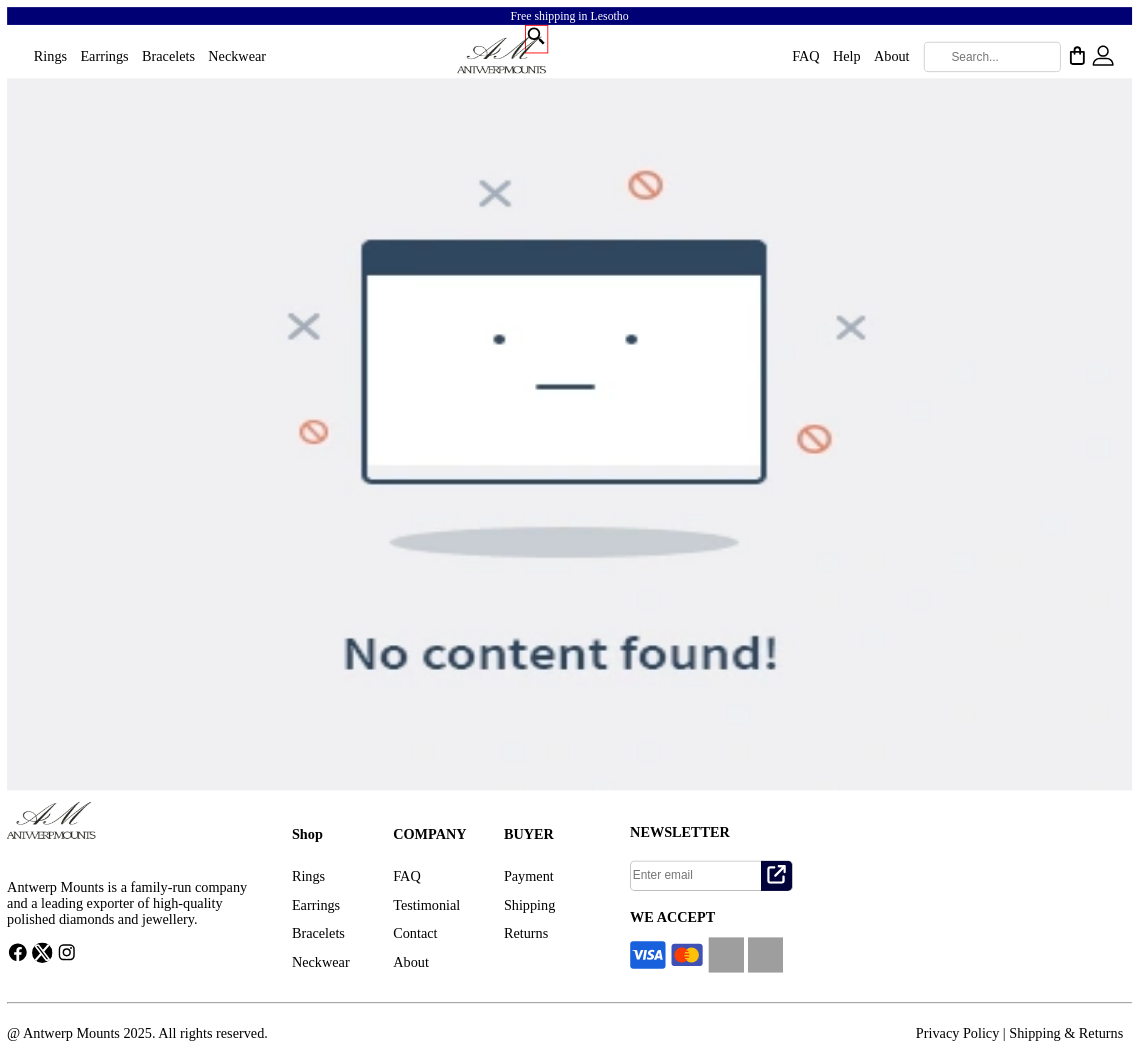
Repository: kea-0424/Web-Development-Project-1
Page: First_collaboration/JewelarySite.html
These files come from the project's save history. The page is drawn as it stood at one moment and after the next save; the edit follows.
The browser window is 1280 px wide. The pictures show the whole page, at 89% of full size.
Pictures or frames that could not be fetched are drawn as grey boxes.

Above is the page before, as saved 2025-01-23 11:43:06.

After the next save:
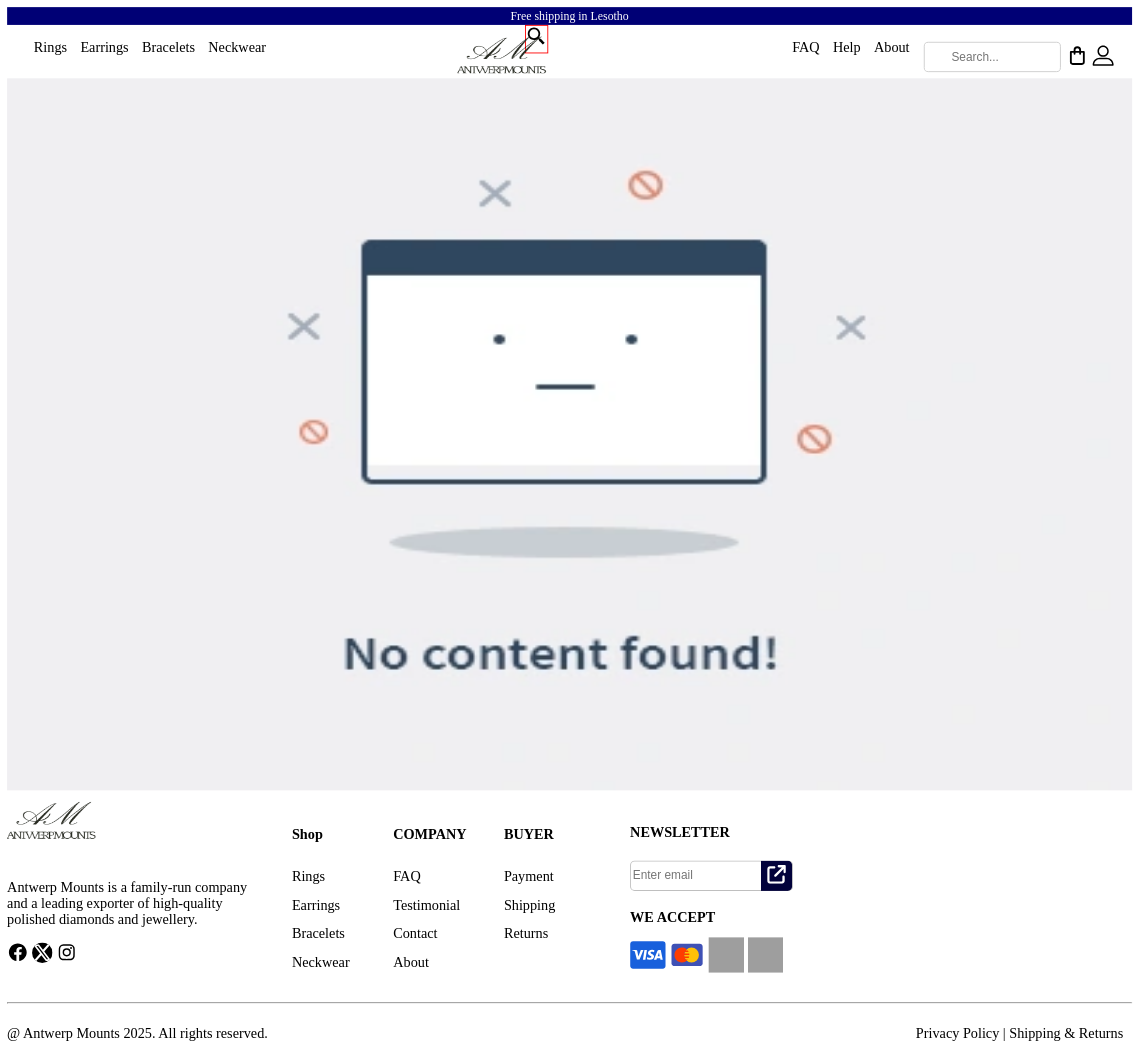
Saved 8 s later.
--- a/First_collaboration/JewelarySite.css
+++ b/First_collaboration/JewelarySite.css
@@ -76,7 +76,7 @@
     width: 120px;
     height: 30px;
 }
-
+searchbar_icon
 .navbar_links {
     margin-top: 10px;
 }

After the 2 saves that followed:
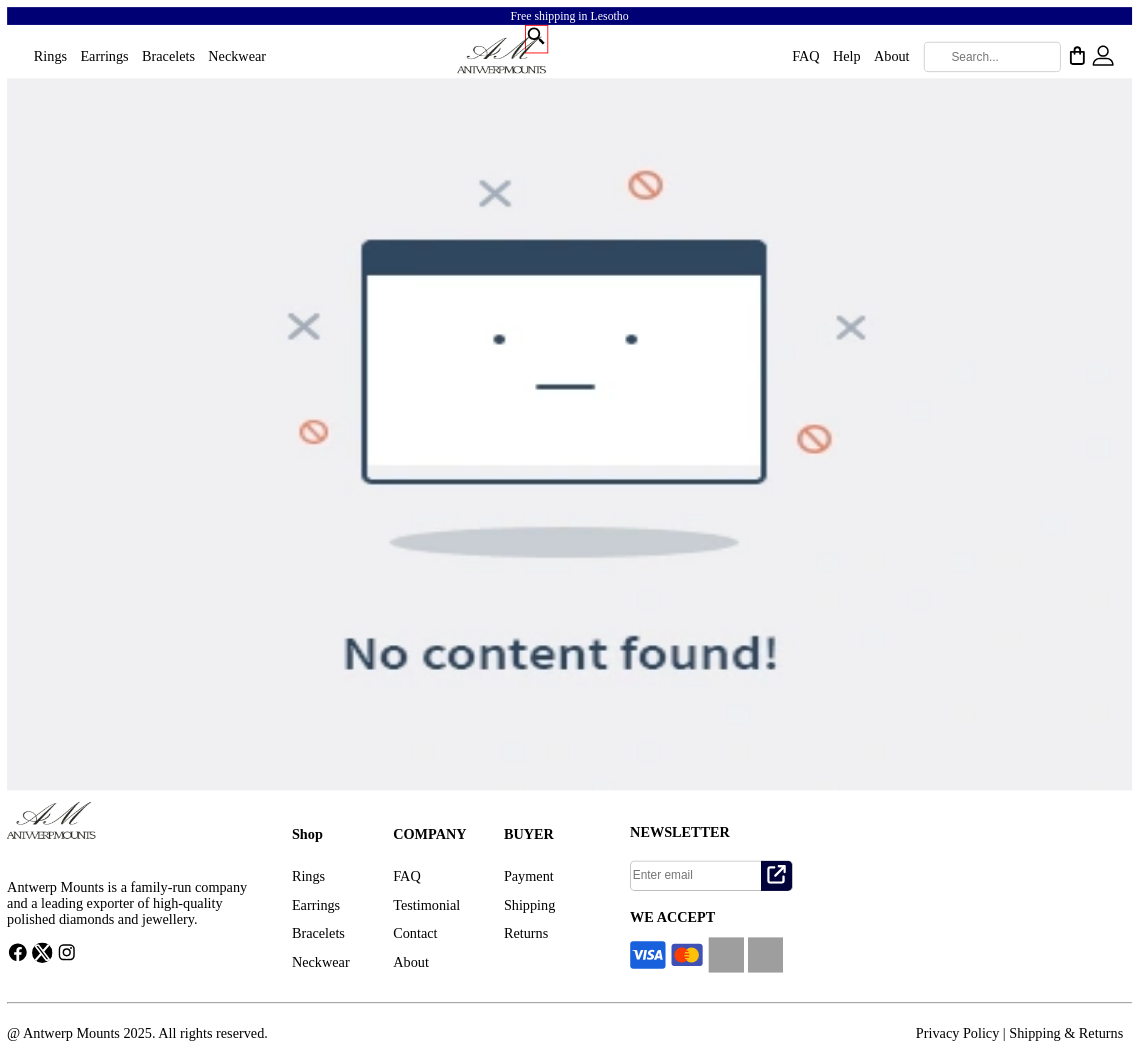
The 2 saves are shown as one change because 1 left the picture as it was.
The last was saved 9 s later.
--- a/First_collaboration/JewelarySite.css
+++ b/First_collaboration/JewelarySite.css
@@ -76,7 +76,9 @@
     width: 120px;
     height: 30px;
 }
-searchbar_icon
+.searchbar_icon{
+
+}
 .navbar_links {
     margin-top: 10px;
 }
